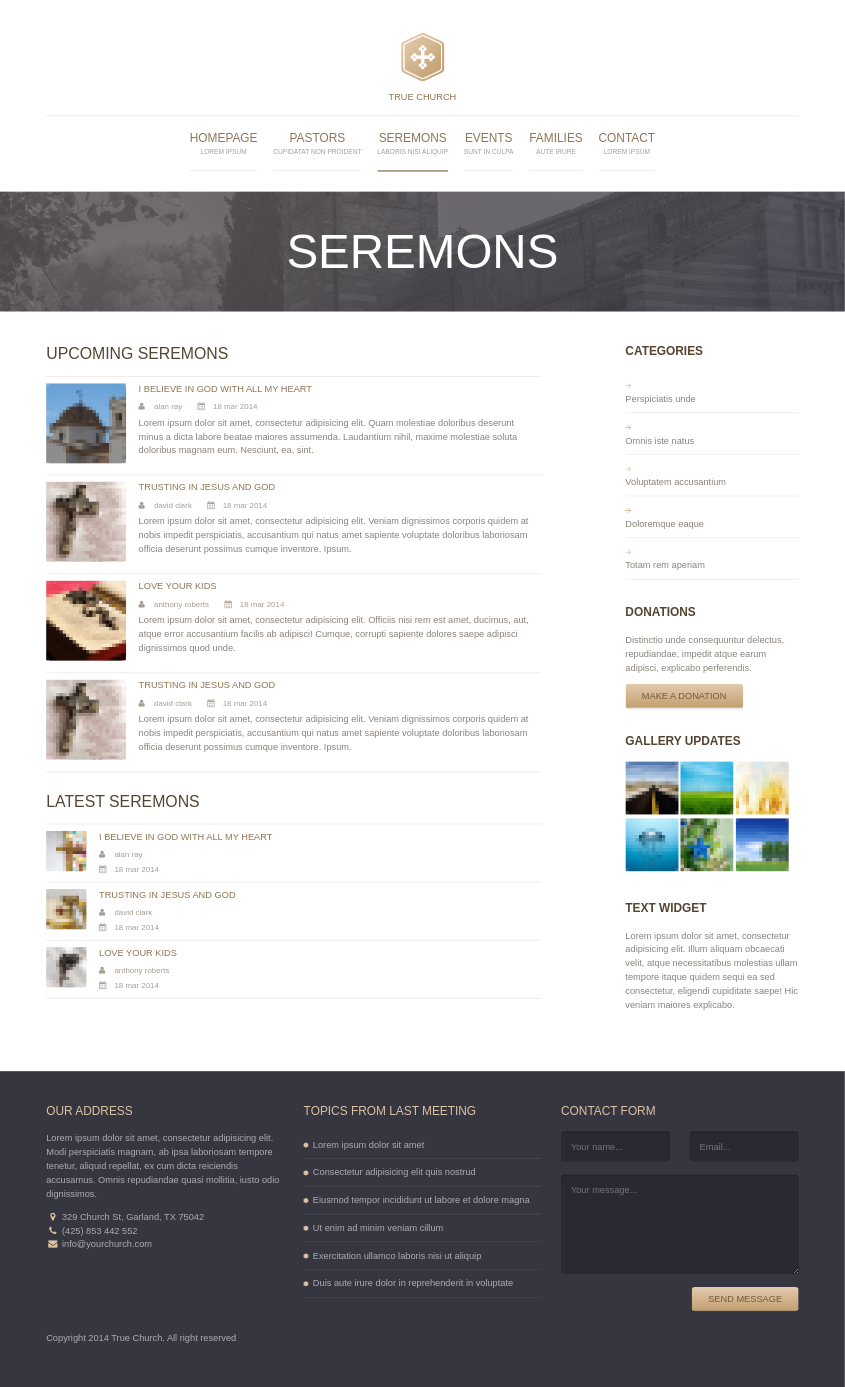
Repository: profbkmurage/churchWebsite
Page: seremons.html
An editor plug-in stored every save of this project. The page is shown before and after the next save, followed by the edit.
The browser window is 1280 px wide. The pictures show the whole page, at 66% of full size.

Above is the page before, as saved 2024-07-10 17:59:02.

After the next save:
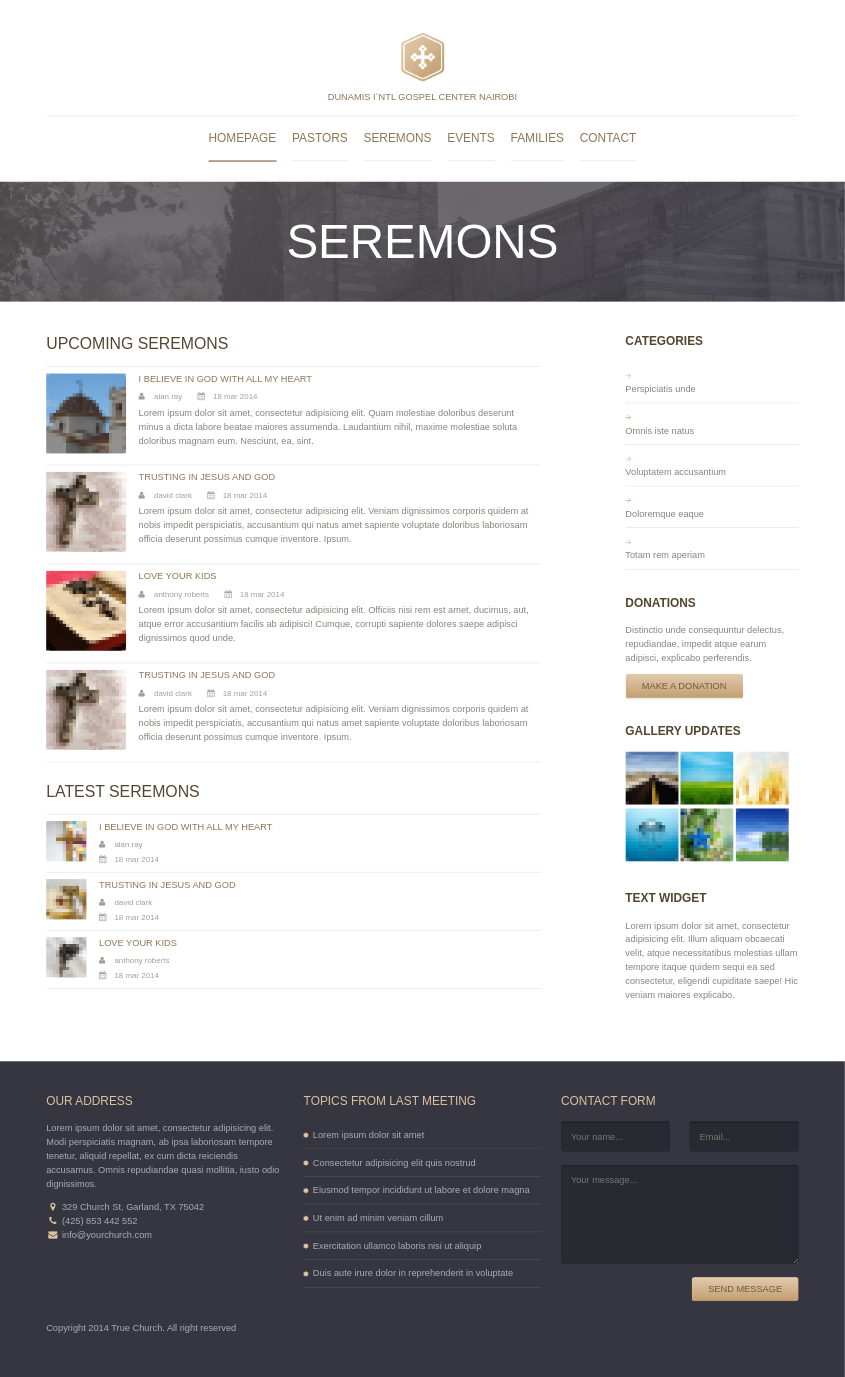
Saved 1 s later.
--- a/seremons.html
+++ b/seremons.html
@@ -28,21 +28,20 @@
 				<div class="container">
 					<a href="#" class="branding">
 						<img src="images/logo.png" alt="" class="logo">
-						<h1 class="site-title">True Church</h1>
+						<h1 class="site-title">Dunamis I`ntl Gospel Center Nairobi</h1>
 					</a>
 
 					<div class="main-navigation">
 						<button class="menu-toggle"><i class="fa fa-bars"></i> Menu</button>
 						<ul class="menu">
-							<li class="menu-item"><a href="index.html">Homepage <small>Lorem ipsum</small></a></li>
-							<li class="menu-item"><a href="#">Pastors <small>Cupidatat non proident</small></a></li>
-							<li class="menu-item current-menu-item"><a href="seremons.html">Seremons <small>Laboris nisi aliquip</small></a></li>
-							<li class="menu-item"><a href="events.html">Events <small>Sunt in culpa</small></a></li>
-							<li class="menu-item"><a href="families.html">Families <small>Aute irure</small></a></li>
-							<li class="menu-item"><a href="#">Contact <small>lorem ipsum</small></a></li>
+							<li class="menu-item current-menu-item"><a href="index.html">Homepage</a></li>
+							<li class="menu-item"><a href="#">Pastors </a></li>
+							<li class="menu-item"><a href="seremons.html">Seremons </a></li>
+							<li class="menu-item"><a href="events.html">Events </a></li>
+							<li class="menu-item"><a href="families.html">Families </a></li>
+							<li class="menu-item"><a href="#">Contact</a></li>
 						</ul>
 					</div>
-
 					<div class="mobile-navigation"></div>
 				</div>
 			</header> <!-- .site-header -->
